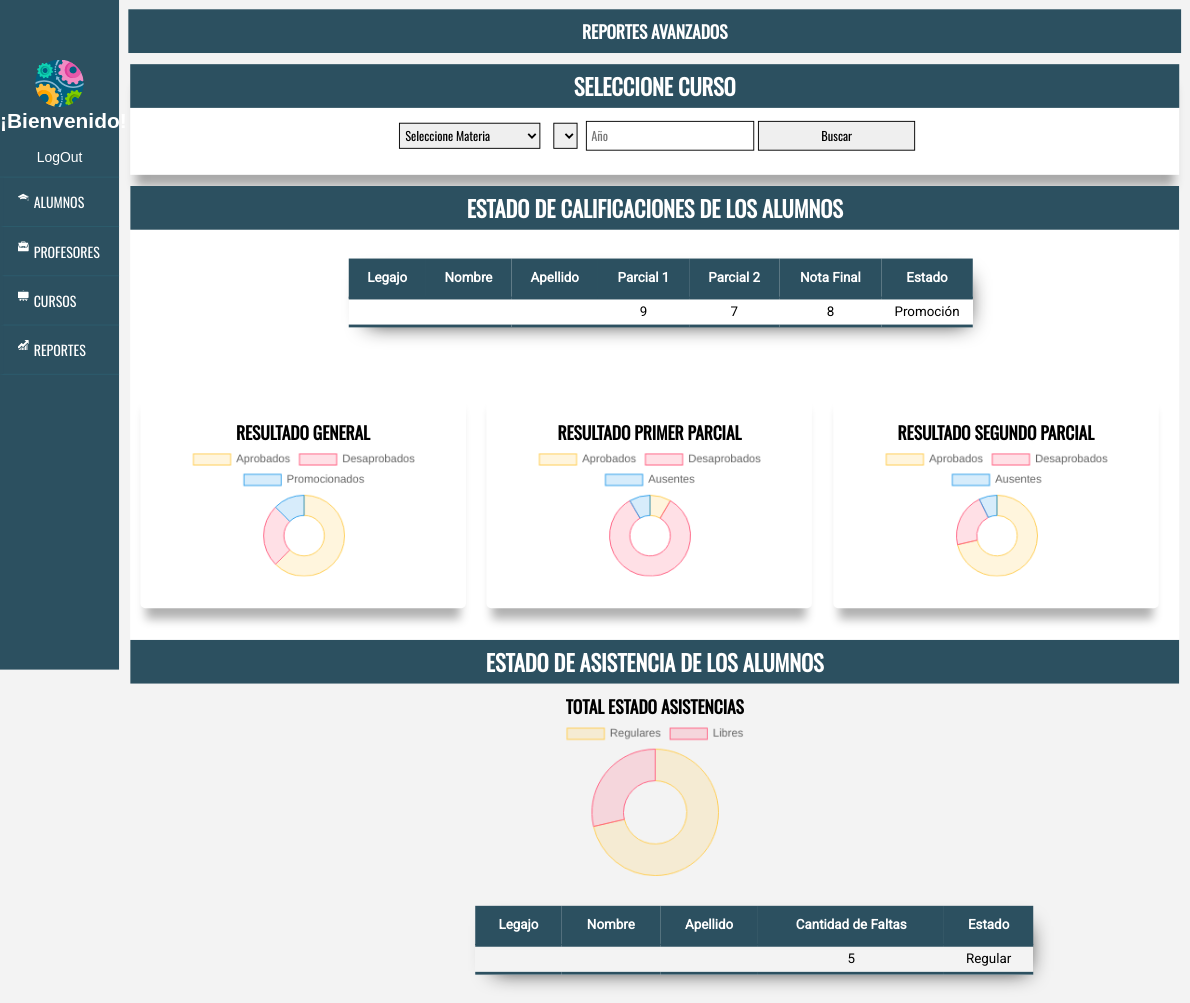
Repository: AlejandraBarrachina23/TPIntegrador_Barrachina_Java
Page: http://localhost/Alejandra_Barrachina_TP_Integrador1/reportes-avanzados.jsp
These files come from the project's save history. The page is drawn as it stood at one moment and after a run of saves; the edit follows.
The browser window is 1280 px wide. The pictures show the whole page, at 93% of full size.
Some web fonts or font styles are not loaded; a fallback is used. Some web libraries are served in a nearby version. The page is served by Tomcat 9. Nobody is signed in. The application's start-up code is not run. Other server files are loaded and not shown. The database holds what the project's SQL file puts in it.

Above is the page before, as saved 2019-12-13 03:49:50.

### Alejandra_Barrachina_TP_Integrador1/WebContent/reportes-avanzados.jsp
<%@ page language="java" contentType="text/html; charset=ISO-8859-1"
    pageEncoding="ISO-8859-1"%>
    <%@page import="Dominio.Alumno"%>
    <%@page import="Dominio.Materia"%>
    <%@page import="Negocio.MateriaNegocio"%>
    <%@page import="java.util.ArrayList"%>
<!DOCTYPE html>
<html>
<head>
<meta charset="ISO-8859-1">
<title>Sistema Universitarios</title>
<link href="estilos.css" type="text/css" rel=stylesheet>
<link href="https://fonts.googleapis.com/css?family=Oswald&display=swap" rel="stylesheet">
<link href="https://fonts.googleapis.com/css?family=Open+Sans:400,600&display=swap" rel="stylesheet">
<link href="https://fonts.googleapis.com/css?family=Roboto&display=swap" rel="stylesheet">
<link href="https://fonts.googleapis.com/css?family=Francois+One&display=swap" rel="stylesheet">
<link href="jquery.dataTables.min.css" type="text/css" rel=sytlesheet>
<script src="https://cdnjs.cloudflare.com/ajax/libs/Chart.js/2.8.0/Chart.js"></script>
<script src="jquery-3.4.1.min.js"></script>
<script src="jquery.dataTables.min.js"></script>

</head>
<body>

<nav>
<div id="user">
		<a href="index.jsp"><img id="icon-usuario" src="iconos/usuario-admin.svg" alt="imagen-usuario"></a>
		<h2>¡Bienvenido!</h2>
		<p>${usuario.usuario}</p>
		<a href="serveletUsuario">LogOut</a>
	</div>
<jsp:include page="menu-administrador.html"></jsp:include>
</nav>

<section class="section-principal">
	<div class="encabezados">
		<h3>REPORTES AVANZADOS</h3>
	</div>
	<div id="form-reportes-avanzados">
			<div class="busqueda-califaciones">
				<h2>SELECCIONE CURSO</h2>
				<select name="cboxMaterias" id="cboxMaterias" required>
					<option disabled selected>Seleccione Materia</option>
					<%
							MateriaNegocio Materias = new MateriaNegocio();
							for(Materia unaMateria : Materias.ListadoMaterias()){%>
							<option class="opciones" value="<%=unaMateria.getIdMateria()%>"><%= unaMateria.getNombre()%></option><%}%>
				</select>
				<select>
					<option value="Primero">
				</select>
				<input type="number" placeholder="Año">
				<input type="button" value="Buscar">
			</div>
			<div class="resultado-busqueda">
			<h2 class="titulos">ESTADO DE CALIFICACIONES DE LOS ALUMNOS</h2>
				<div class="tabla-resultado-busqueda">
					<table class="content-table" id="table_id">
						<thead>
							<tr>
								<th>Legajo</th>
								<th>Nombre</th>
								<th>Apellido</th>
								<th>Parcial 1</th>
								<th>Parcial 2</th>
								<th>Nota Final</th>
								<th>Estado</th>
							</tr>
						</thead>
						<tbody>
							<tr>
								  <td></td>
								  <td></td>
								  <td></td>
								  <td>9</td>
								  <td>7</td>
								  <td>8</td>
								  <td>Promoción</td>
							</tr>
						</tbody>
					</table>
				</div>
				<div class="graficos-resultado-busqueda">
					<div class="form-reportes-graficos">
						<h3>RESULTADO GENERAL</h3>
						<canvas id="estado-alumnos"></canvas>
					</div>
					<div class="form-reportes-graficos">
						<h3>RESULTADO PRIMER PARCIAL</h3>
						<canvas id="notas-primer-parcial"></canvas>
					</div>
					<div class="form-reportes-graficos">
						<h3>RESULTADO SEGUNDO PARCIAL</h3>
						<canvas id="notas-segundo-parcial"></canvas>
					</div>
				</div>
			</div>
			<div class="resultado-busqueda-asistencias">
			<h2 class="titulos">ESTADO DE ASISTENCIA DE LOS ALUMNOS</h2>
				<div class="graficos-resultado-busqueda">
					<div class="form-reportes-graficos-asistencias">
						<h3>TOTAL ESTADO ASISTENCIAS</h3>
						<canvas id="estado-asistencias"></canvas>
					</div>
				</div>
					<div class="tabla-resultado-busqueda">
					<table class="content-table">
						<thead>
							<tr>
								<th>Legajo</th>
								<th>Nombre</th>
								<th>Apellido</th>
								<th>Cantidad de Faltas</th>
								<th>Estado</th>
							</tr>
						</thead>
						<tbody>
							<tr>
								  <td></td>
								  <td></td>
								  <td></td>
								  <td>5</td>
								  <td>Regular</td>
							</tr>
						</tbody>
					</table>
				</div>
			</div>
	</div>
</section>
<script>
var ctx = document.getElementById('estado-alumnos').getContext('2d');
var myChart = new Chart(ctx, {
    type: 'doughnut',
    data: {
        labels: ['Aprobados','Desaprobados', 'Promocionados'],
        datasets: [

        	{
	        	label:"Alumnos",
	            data: [5, 2, 1],
	            fill: false,
	            borderWidth: 1,
	            backgroundColor: [
	                'rgba(255, 206, 86, 0.2)',
	                'rgba(255, 99, 132, 0.2)',
	                'rgba(54, 162, 235, 0.2)'
	            ],
	            borderColor: [

	            	'rgba(255, 206, 86, 1)',
	            	'rgba(255, 99, 132, 1)',
	                'rgba(54, 162, 235, 1)'

	            ]
        	}

        ]
    }
});

var ctx = document.getElementById('notas-segundo-parcial').getContext('2d');
var myChart = new Chart(ctx, {
    type: 'doughnut',
    data: {
        labels: ['Aprobados','Desaprobados', 'Ausentes'],
        datasets: [

        	{
	        	label:"Alumnos",
	            data: [10, 3, 1],
	            fill: false,
	            borderWidth: 1,
	            backgroundColor: [
	                'rgba(255, 206, 86, 0.2)',
	                'rgba(255, 99, 132, 0.2)',
	                'rgba(54, 162, 235, 0.2)'
	            ],
	            borderColor: [

	            	'rgba(255, 206, 86, 1)',
	            	'rgba(255, 99, 132, 1)',
	                'rgba(54, 162, 235, 1)'

	            ]
        	}

        ]
    }
});

var ctx = document.getElementById('notas-primer-parcial').getContext('2d');
var myChart = new Chart(ctx, {
    type: 'doughnut',
    data: {
        labels: ['Aprobados','Desaprobados', 'Ausentes'],
        datasets: [

        	{
	        	label:"Alumnos",
	            data: [1, 10, 1],
	            fill: false,
	            borderWidth: 1,
	            backgroundColor: [
	                'rgba(255, 206, 86, 0.2)',
	                'rgba(255, 99, 132, 0.2)',
	                'rgba(54, 162, 235, 0.2)'
	            ],
	            borderColor: [

	            	'rgba(255, 206, 86, 1)',
	            	'rgba(255, 99, 132, 1)',
	                'rgba(54, 162, 235, 1)'

	            ]
        	}

        ]
    }
});

var ctx = document.getElementById('estado-asistencias').getContext('2d');
var myChart = new Chart(ctx, {
    type: 'doughnut',
    data: {
        labels: ['Regulares','Libres'],
        datasets: [

        	{
	        	label:"Alumnos",
	            data: [5, 2],
	            fill: false,
	            borderWidth: 1,
	            backgroundColor: [
	                'rgba(255, 206, 86, 0.2)',
	                'rgba(255, 99, 132, 0.2)'
	            ],
	            borderColor: [

	            	'rgba(255, 206, 86, 1)',
	            	'rgba(255, 99, 132, 1)'

	            ]
        	}

        ]
    }
});

</script>
</body>
</html>

### Alejandra_Barrachina_TP_Integrador1/WebContent/menu-administrador.html


<style>
@import url('https://fonts.googleapis.com/css?family=Francois+One&display=swap');
</style>

	<ul>
		<a href="alumnos.jsp"><li><img class="icon" alt="cursos" src="iconos/estudiantes.svg">ALUMNOS</li></a>
		<a href="profesores.jsp"><li><img class="icon" alt="cursos" src="iconos/profesores.svg">PROFESORES</li></a>
		<a href="cursos.jsp"><li><img class="icon" alt="profesores" src="iconos/cursos.svg">CURSOS</li></a>
		<a href="reportes.jsp"><li><img class="icon" alt="cursos" src="iconos/reportes.svg">REPORTES</li></a>
	</ul>

### Alejandra_Barrachina_TP_Integrador1/src/Negocio/INegocioMateria.java
package Negocio;
import java.sql.SQLException;
import java.util.ArrayList;
import Dominio.Materia;

public interface INegocioMateria {

	public ArrayList<Materia> ListadoMaterias() throws SQLException;


}

### Alejandra_Barrachina_TP_Integrador1/src/Negocio/MateriaNegocio.java
package Negocio;
import java.sql.SQLException;
import java.util.ArrayList;
import DAO.MateriaDAO;
import Dominio.Materia;

public class MateriaNegocio implements INegocioMateria {

	private MateriaDAO unaMateriaDAO = new MateriaDAO();

	public ArrayList<Materia> ListadoMaterias() throws SQLException{

		return unaMateriaDAO.ListadoMateria();

	}

}

### Alejandra_Barrachina_TP_Integrador1/src/DAO/MateriaDAO.java
package DAO;
import java.sql.ResultSet;
import java.sql.SQLException;
import java.sql.Statement;
import java.util.ArrayList;
import Dominio.Materia;

public class MateriaDAO {

	private ConexionDB nuevaConexion;

	public ArrayList<Materia> ListadoMateria() throws SQLException{

		ArrayList<Materia> ListadoMaterias = new ArrayList<Materia>();
		nuevaConexion = new ConexionDB();
		nuevaConexion.Open();

		try {

			ResultSet TablaResultados= nuevaConexion.query("SELECT * FROM Materia;");

			while(TablaResultados.next()) {

				Materia unaMateria = new Materia();
				unaMateria.setIdMateria(TablaResultados.getInt("IdMateria"));
				unaMateria.setNombre(TablaResultados.getString("Nombre"));
				ListadoMaterias.add(unaMateria);

			}
		}
	catch (Exception e) {

			e.printStackTrace();
			System.out.print("No cargo "+ e);
		}

		finally {
			nuevaConexion.close();
		}

		return ListadoMaterias;
	}


}

### Alejandra_Barrachina_TP_Integrador1/src/DAO/ConexionDB.java
package DAO;
import java.sql.Statement;
import java.sql.Connection;
import java.sql.DriverManager;
import java.sql.ResultSet;
import java.sql.SQLException;

public class ConexionDB {

	private String host = "jdbc:mysql://localhost:3306/";
	private String user = "root";
	private String pass = "admin";
	private String dbName = "SistemaUniversitario?useUnicode=true&useJDBCCompliantTimezoneShift=true&useLegacyDatetimeCode=false&serverTimezone=UTC";

	protected Connection connection;

	public Connection Open()
	{
		try
		{
			Class.forName("com.mysql.jdbc.Driver");
			this.connection = DriverManager.getConnection(host+dbName, user, pass);
		}
		catch(Exception e)
		{
			e.printStackTrace();
		}
		return this.connection;
	}

	public ResultSet query(String query)
	{
		Statement st;
		ResultSet rs=null;
		try
		{
			st= connection.createStatement();
			rs= st.executeQuery(query);
		}
		catch(SQLException e)
		{
			e.printStackTrace();
		}
		return rs;
	}

	public boolean execute(String query)
	{
		Statement st;
		boolean save = true;
		try {
			st = connection.createStatement();
		    st.executeUpdate(query);
		}
		catch(SQLException e)
		{
			save = false;
			e.printStackTrace();
		}
		return save;
	}

	public boolean close()
	{
		boolean ok=true;
		try {
			connection.close();
		}
		catch(Exception e)
		{
			ok= false;
			e.printStackTrace();
		}
		return ok;
	}


}

### Alejandra_Barrachina_TP_Integrador1/src/Dominio/Materia.java
package Dominio;

public class Materia {

	private int IdMateria;
	private String Nombre;

	public int getIdMateria() {
		return IdMateria;
	}
	public void setIdMateria(int idMateria) {
		IdMateria = idMateria;
	}
	public String getNombre() {
		return Nombre;
	}
	public void setNombre(String nombre) {
		Nombre = nombre;
	}

}

### Alejandra_Barrachina_TP_Integrador1/build/classes/backupDB.sql (the tables this page reads)
CREATE TABLE `materia` (
  `IdMateria` int(5) NOT NULL AUTO_INCREMENT,
  `Nombre` varchar(50) NOT NULL,
  PRIMARY KEY (`IdMateria`)
) ENGINE=InnoDB AUTO_INCREMENT=22 DEFAULT CHARSET=utf8mb4 COLLATE=utf8mb4_0900_ai_ci;

INSERT INTO `materia` VALUES (1,'Programacion 1'),(2,'SPD'),(3,'Matematica'),(4,'Ingles'),(5,'Laboratorio 1'),(6,'Programacion 2'),(7,'ARSO'),(8,'Estadistica'),(9,'Ingles 2'),(10,'Laboratorio 2'),(11,'Metodologia Investigacion'),(12,'Programacion 3'),(13,'Contabilidad'),(14,'Organizacion Empresarial'),(15,'Elementos'),(16,'Laboratorio 3'),(17,'Metodologia Sistemas'),(18,'Base de Datos'),(19,'Legislacion'),(20,'Laboratorio 4'),(21,'Practica Profesional');

Loaded but not shown: Alejandra_Barrachina_TP_Integrador1/WebContent/jquery-3.4.1.min.js (library); Alejandra_Barrachina_TP_Integrador1/WebContent/jquery.dataTables.min.js (library); Alejandra_Barrachina_TP_Integrador1/WebContent/iconos/usuario-admin.svg (1 lines, source omitted); Alejandra_Barrachina_TP_Integrador1/WebContent/iconos/reportes.svg (10 lines, source omitted); Alejandra_Barrachina_TP_Integrador1/WebContent/iconos/cursos.svg (6 lines, source omitted); Alejandra_Barrachina_TP_Integrador1/WebContent/iconos/estudiantes.svg (7 lines, source omitted); Alejandra_Barrachina_TP_Integrador1/WebContent/iconos/profesores.svg (2 lines, source omitted); Alejandra_Barrachina_TP_Integrador1/WebContent/estilos.css (1336 lines, source omitted)

After the next 2 saves:
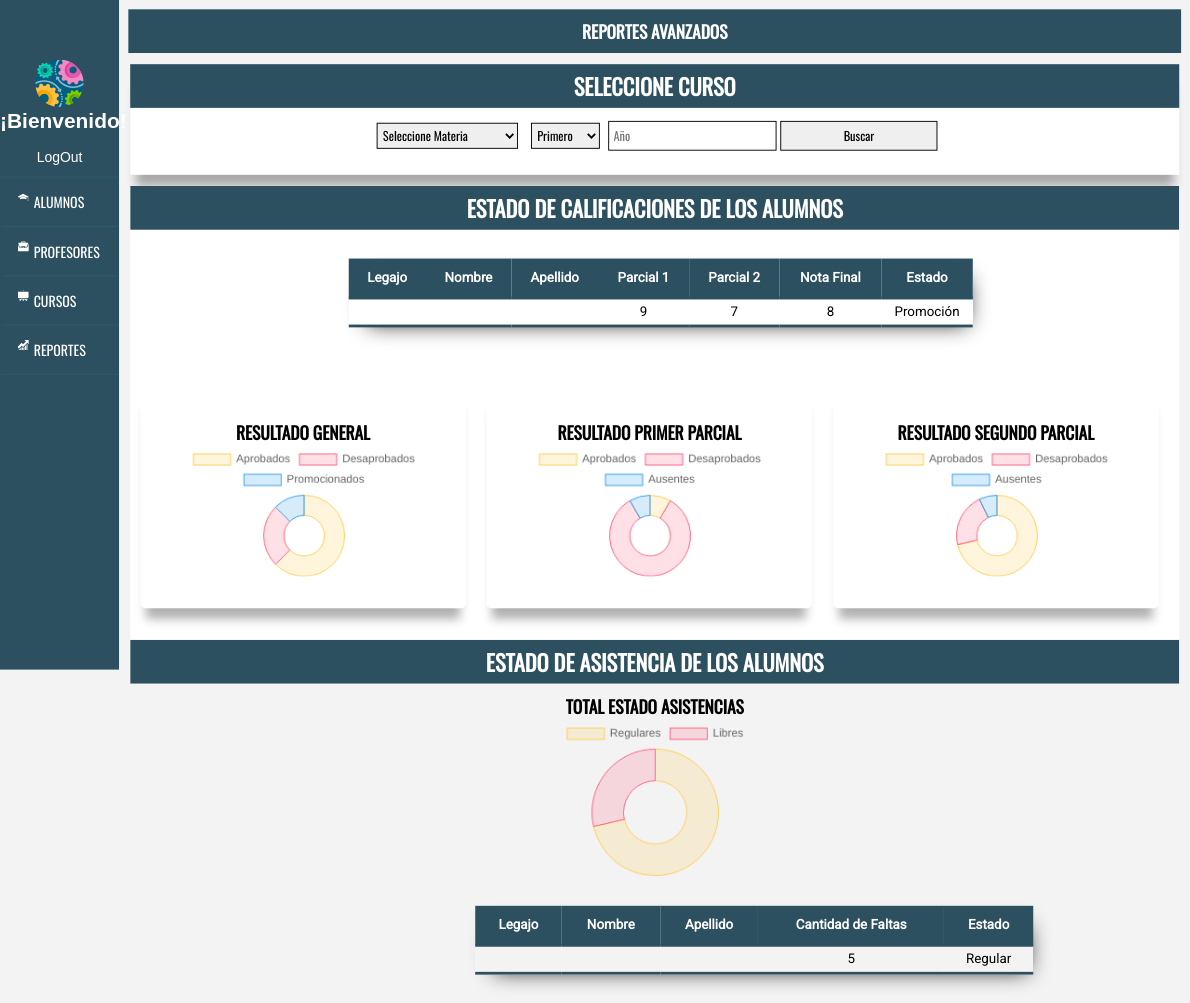
The 2 saves are shown as one change because they came seconds apart.
The last was saved 17 s later.
--- a/Alejandra_Barrachina_TP_Integrador1/WebContent/reportes-avanzados.jsp
+++ b/Alejandra_Barrachina_TP_Integrador1/WebContent/reportes-avanzados.jsp
@@ -47,7 +47,8 @@
 							<option class="opciones" value="<%=unaMateria.getIdMateria()%>"><%= unaMateria.getNombre()%></option><%}%>
 				</select>
 				<select>
-					<option value="Primero">
+					<option value="Primero">Primero</option>
+					<option value="Segundo">"Segundo"</option>
 				</select>
 				<input type="number" placeholder="Año">
 				<input type="button" value="Buscar">
